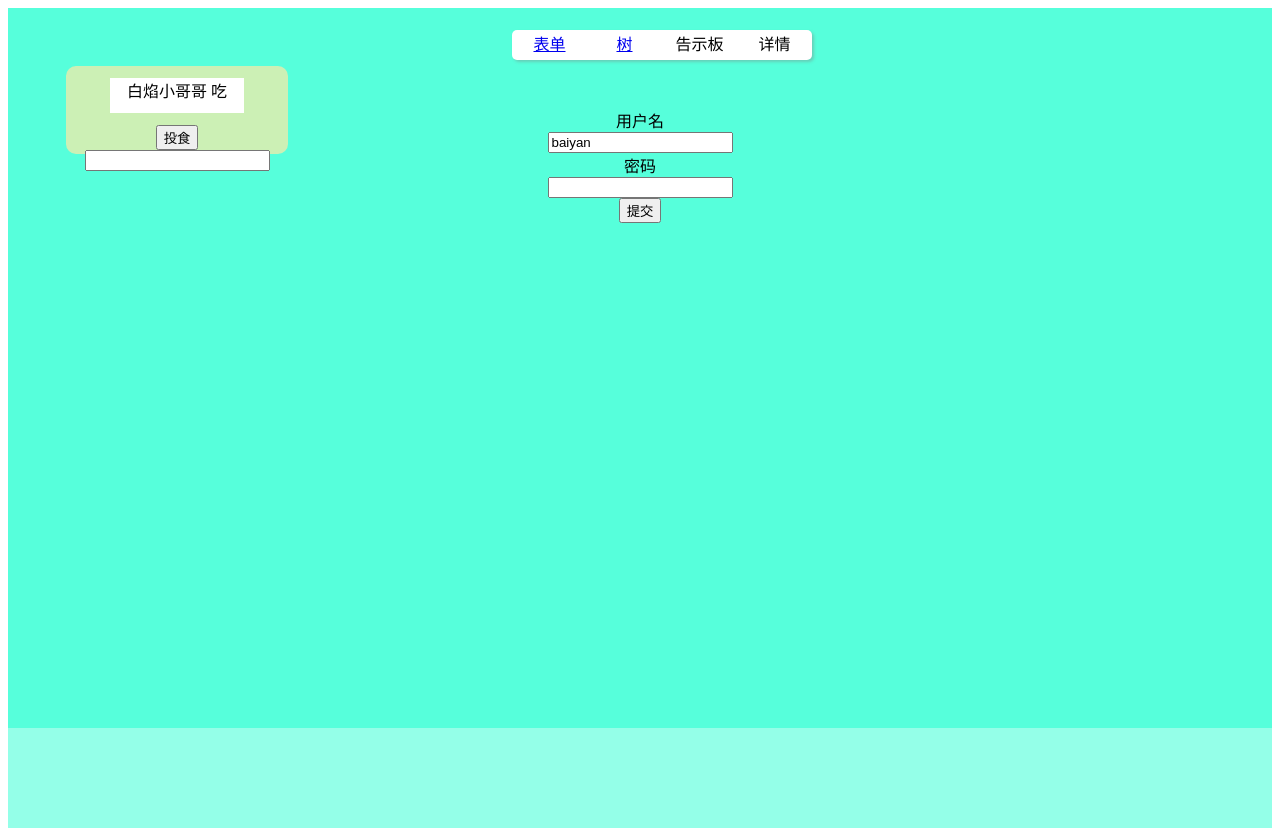
Repository: lxl0302/ClassBegin_-sound_code
Page: /#/kform
These files come from the project's save history. The page is drawn as it stood at one moment and after the next save; the edit follows.
The browser window is 1280 px wide. The pictures show the whole page.
The project was rebuilt for these pictures with package versions that can differ from the ones it lists, and the page was loaded fresh each time. Also part of the build but not shown: src/notice/KNotice.vue, src/tree/Item1.vue, src/tree/index1.vue, src/views/homepage.vue.

Above is the page before, as saved 2020-07-10 17:20:10.

After the next save:
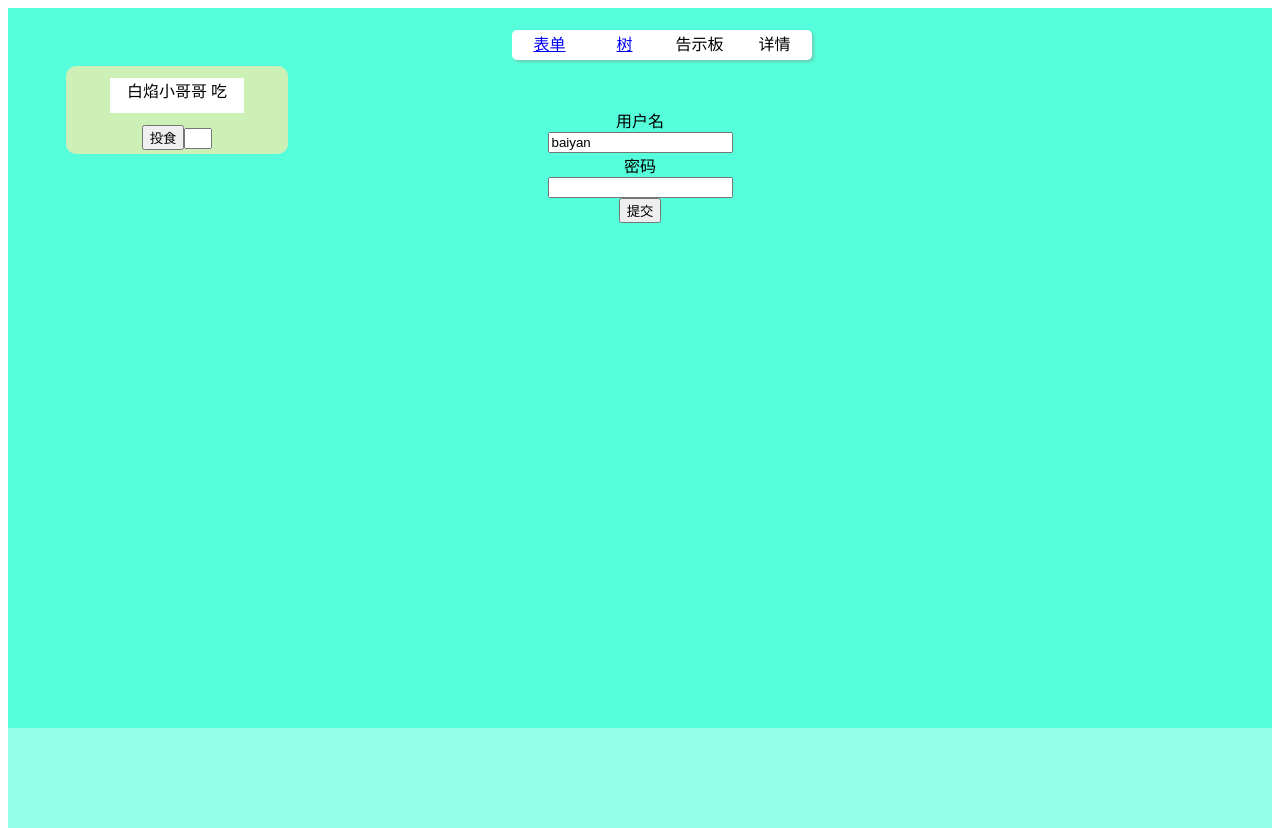
Saved 12 s later.
--- a/src/views/storeView.vue
+++ b/src/views/storeView.vue
@@ -4,7 +4,7 @@
       {{this.$store.state.masterName}} 吃 {{this.$store.state.eatFood}}
     </div>
     <button @click="EatClick">投食</button>
-    <input>
+    <input style="width: 20px">
   </div>
 </template>
 
